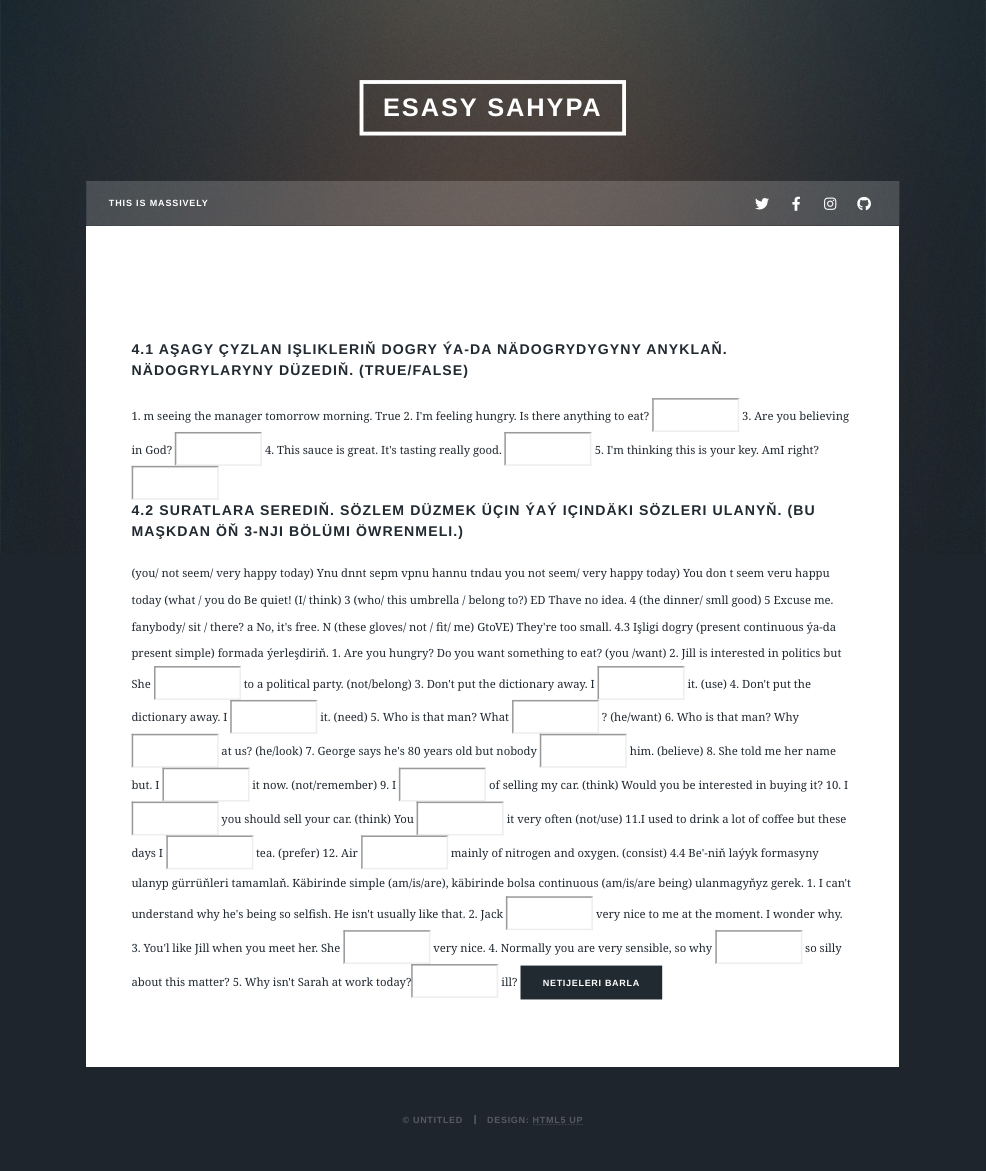
Repository: Sahet-dev/English-grammar-app
Page: test/test_unit _4.html
The author's editor kept a copy of each file at every save. The page is drawn from the files as they stood at one save, then again after the next save.
The browser window is 1280 px wide. The pictures show the whole page, at 77% of full size.
Some web fonts or font styles are not loaded; a fallback is used.

Above is the page before, as saved 2022-06-24 14:28:22.

After the next save:
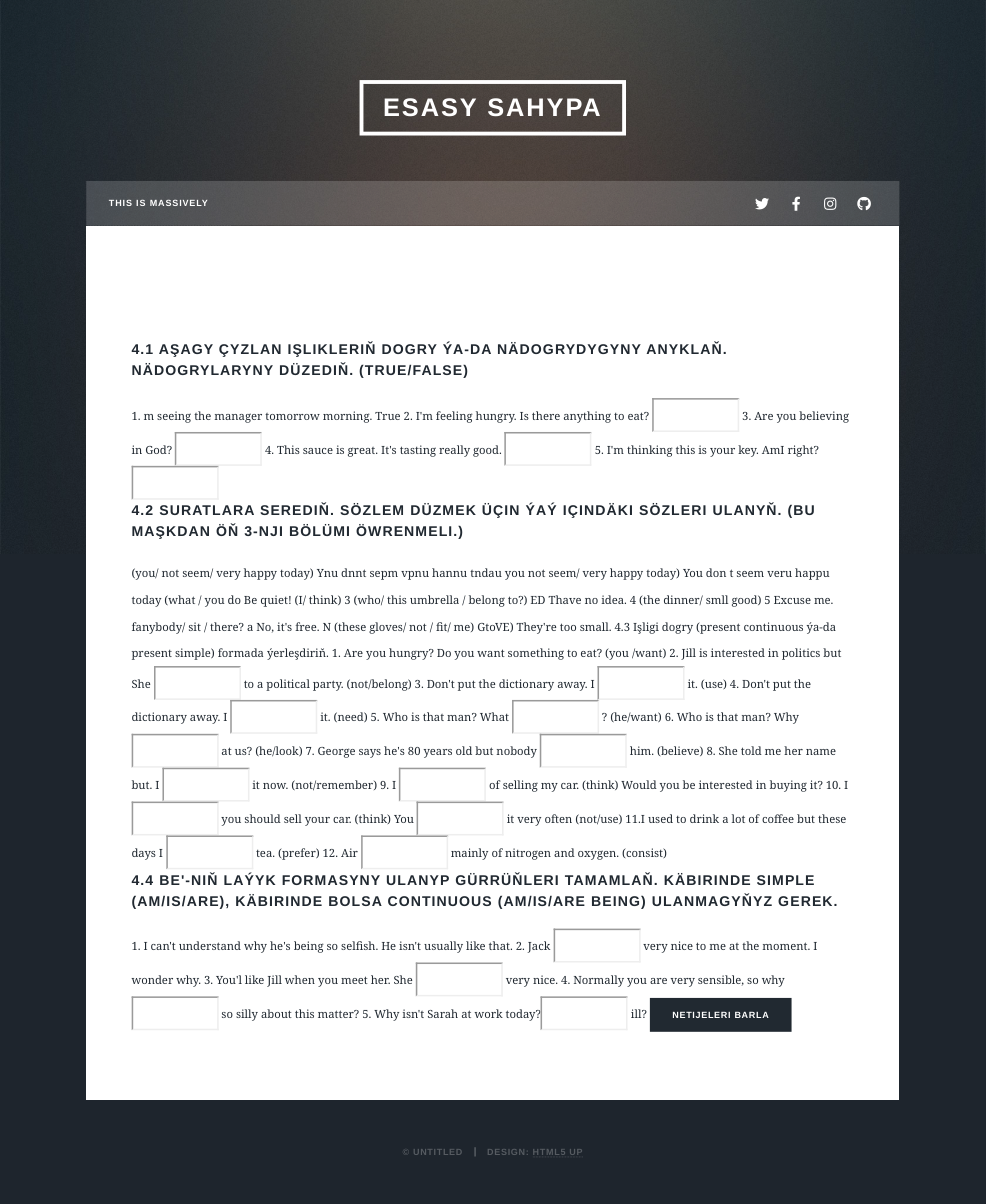
Saved 3 min 21 s later.
--- a/test/test_unit _4.html
+++ b/test/test_unit _4.html
@@ -145,10 +145,10 @@
 
 											12. Air <input type="text" size="7" name="answer" value=""> mainly of nitrogen and oxygen. (consist)
 
-											4.4
+											<h3>4.4
 
 											Be'-niň laýyk formasyny ulanyp gürrüňleri tamamlaň. Käbirinde simple (am/is/are), käbirinde bolsa continuous (am/is/are being) ulanmagyňyz gerek.
-
+											</h3>
 											1. I can't understand why he's being so selfish.
 											He isn't usually like that.
 
